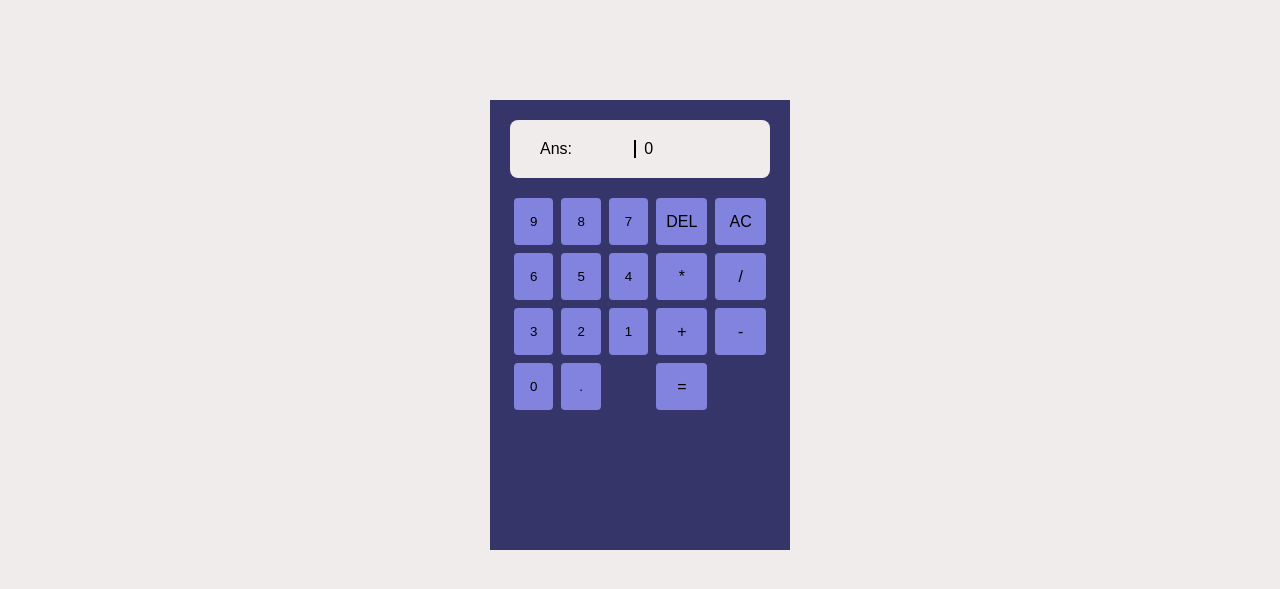
Repository: Bishek666/simple-calculator
Page: /
The author's editor kept a copy of each file at every save. The page is drawn from the files as they stood at one save, then again after the next save.
The browser window is 1280 px wide. The pictures show the whole page.
The project was rebuilt for these pictures with package versions that can differ from the ones it lists, and the page was loaded fresh each time.

Above is the page before, as saved 2021-10-26 17:13:44.

After the next save:
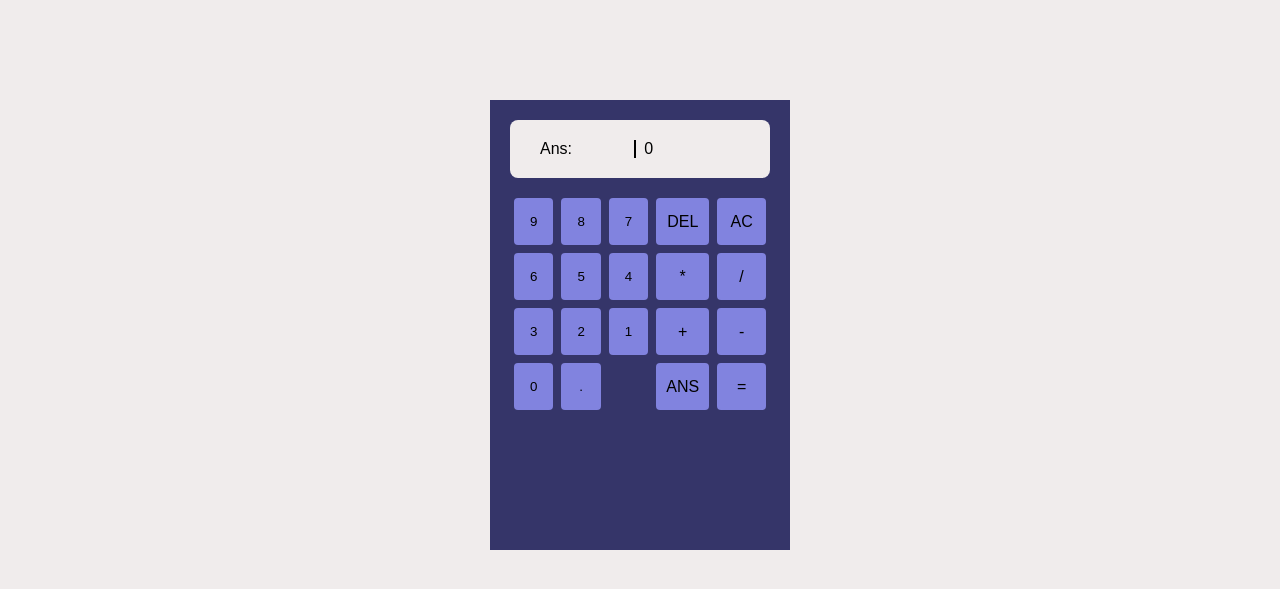
Saved 15 s later.
--- a/src/App.js
+++ b/src/App.js
@@ -79,6 +79,7 @@ function App() {
                     <button onClick={() => updateCalc('/')}>/</button>
                     <button onClick={() => updateCalc('+')}>+</button>
                     <button onClick={() => updateCalc('-')}>-</button>
+                    <button onClick={calculate}>ANS</button>
                     <button onClick={calculate}>=</button>
                 </div>
             </div>
